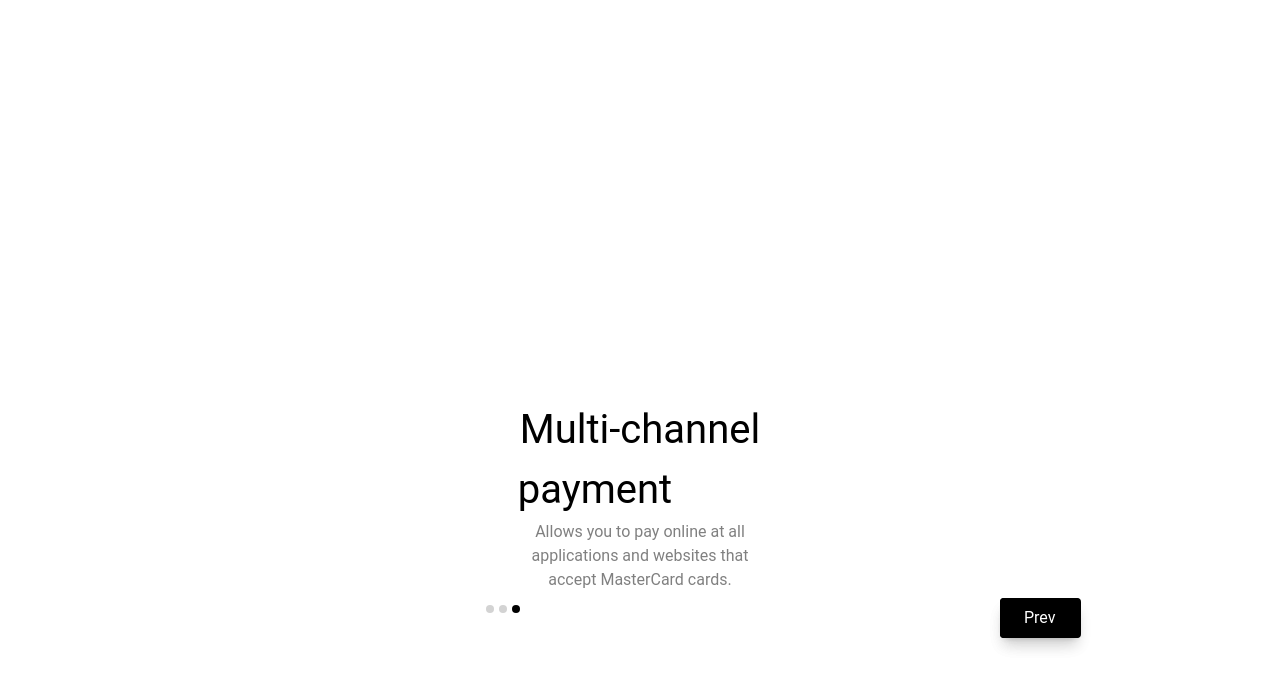
Repository: uh-sman/LottieApp
Page: /Card
These files come from the project's save history. The page is drawn as it stood at one moment and after the next save; the edit follows.
The browser window is 1280 px wide. The pictures show the whole page.
The project was rebuilt for these pictures with package versions that can differ from the ones it lists, and the page was loaded fresh each time. Also part of the build but not shown: src/App.css, src/components/Piggybank.js, src/components/Hero.js, src/components/Maincontainer.js.

Above is the page before, as saved 2022-09-11 18:43:05.

### src/App.js
import logo from "./logo.svg";
import "./App.css";
import { Routes, Route } from "react-router-dom";
import { Maincontainer } from "./components/Maincontainer";
import { Hero } from "./components/Hero";
import { Piggybank } from "./components/Piggybank";
import { Card } from "./components/Card";
function App() {
  return (
    <div className="App">
      <Routes>
        <Route path="/" element={<Hero />} />
        <Route path="Piggy" element={<Piggybank />} />
        <Route path="Card" element={<Card />} />
      </Routes>
    </div>
  );
}

export default App;

### src/components/Card.js
import React, { useEffect, useRef, useState } from "react";
import piggy from "../assets/piggybank.json";
import "./hero.style.css";
import Lottie from "react-lottie";
import { Link } from "react-router-dom";

export const Card = () => {
  const [state, setState] = useState(false);
  const defaultOptions = {
    loop: true,
    autoplay: true,
    animationData: piggy,
    rendererSettings: {
      preserveAspectRatio: "xMidYMid slice",
    },
  };
  return (
    <div className="fade-in">
      <div>
        <div className="lottie-container2">
          <Lottie options={defaultOptions} height={400} width={400} />
          {/* <button
          className="button"
          onClick={() => {
            setState(!state);
          }}
        >
          {state ? "Hide Animation" : "Show Animation"}
        </button> */}
          {/* {state && <Lottie options={defaultOptions} height={400} width={400} />} */}
        </div>
        <div className="channel">
          <h1>
            Multi-channel
            <br />
            <span className="left">payment</span>
          </h1>
          <div>
            <p className="text">
              Allows you to pay online at all <br /> applications and websites
              that
              <br />
              accept MasterCard cards.
            </p>
          </div>
        </div>
      </div>
      <div className="dot_container">
        <li className="cardround"></li>
        <li className="cardempty"></li>
        <li className="cardfull"></li>
        <Link
          className="absolute left-[1000px]  bg-black text-white py-2 px-6 rounded shadow-lg top-[83%]"
          to="/Piggybank"
        >
          Next
        </Link>
        <Link
          className="absolute left-[1000px]  bg-black text-white py-2 px-6 rounded shadow-lg top-[83%]"
          to="/Piggybank"
        >
          Prev
        </Link>
      </div>
    </div>
  );
};

### src/components/hero.style.css
* {
  margin: 0;
  padding: 0;
  box-sizing: border-box;
  font-family: Roboto;
  list-style: none;
  text-decoration: none;
  cursor: pointer;
}
/* .button {
  justify-content: center;
  margin: auto;
  align-items: center;
  display: flex;
  border-radius: 8px;
  color: rgba(128, 128, 128, 0.972);
  padding: 20px 34px;
  background-color: #44f0cc90;
} */
.lottie-container {
  position: relative;
  top: 50%;
  /* left: 50%; */
}
.channel {
  text-align: center;
  /* padding: 1rem; */
  font-size: 2.5rem;
}
.left {
  position: relative;
  left: -45px;
}
.text {
  position: relative;
  /* left: 160px; */
  font-size: medium;
  font-weight: 800px;
  text-align: center;
  color: gray;
  /* width: 30%; */
}
.carrousel {
  left: 20px;
}
.custom {
  position: absolute;
  right: 660px;
  top: 40rem;
  font-size: 20px;
}
.fade-in {
  animation: fadeIn 2s;
  opacity: 1;
}

@keyframes fadeIn {
  from {
    right: 200px;
    opacity: 0;
  }
  to {
    opacity: 1;
  }
}
.empty {
  position: absolute;
  left: 40%;
  top: 84%;
  background-color: lightgray;
  border-radius: 100%;
  height: 8px;
  width: 8px;
}
.full {
  position: absolute;
  left: 39%;
  top: 84%;
  background-color: lightgray;
  border-radius: 100%;
  height: 8px;
  width: 8px;
}
.round {
  position: absolute;
  left: 38%;
  top: 84%;
  background-color: black;
  border-radius: 100%;
  height: 8px;
  width: 8px;
}
.piggyempty {
  position: absolute;
  left: 40%;
  top: 84%;
  background-color: lightgray;
  border-radius: 100%;
  height: 8px;
  width: 8px;
}
.piggyfull {
  position: absolute;
  left: 39%;
  top: 84%;
  background-color: black;
  border-radius: 100%;
  height: 8px;
  width: 8px;
}
.piggyround {
  position: absolute;
  left: 38%;
  top: 84%;
  background-color: lightgray;
  border-radius: 100%;
  height: 8px;
  width: 8px;
}
.cardempty {
  position: absolute;
  left: 40%;
  top: 84%;
  background-color: black;
  border-radius: 100%;
  height: 8px;
  width: 8px;
}
.cardfull {
  position: absolute;
  left: 39%;
  top: 84%;
  background-color: lightgray;
  border-radius: 100%;
  height: 8px;
  width: 8px;
}
.cardround {
  position: absolute;
  left: 38%;
  top: 84%;
  background-color: lightgray;
  border-radius: 100%;
  height: 8px;
  width: 8px;
}
/* .dot_container {
  background: white;
  height: 100px;
  width: 300px;
} */

Loaded but not shown: public/index.html (common file); src/index.js (common file); src/index.css (common file); src/reportWebVitals.js (common file); tailwind.config.js (common file); src/assets/piggybank.json (1 lines, source omitted)

After the next save:
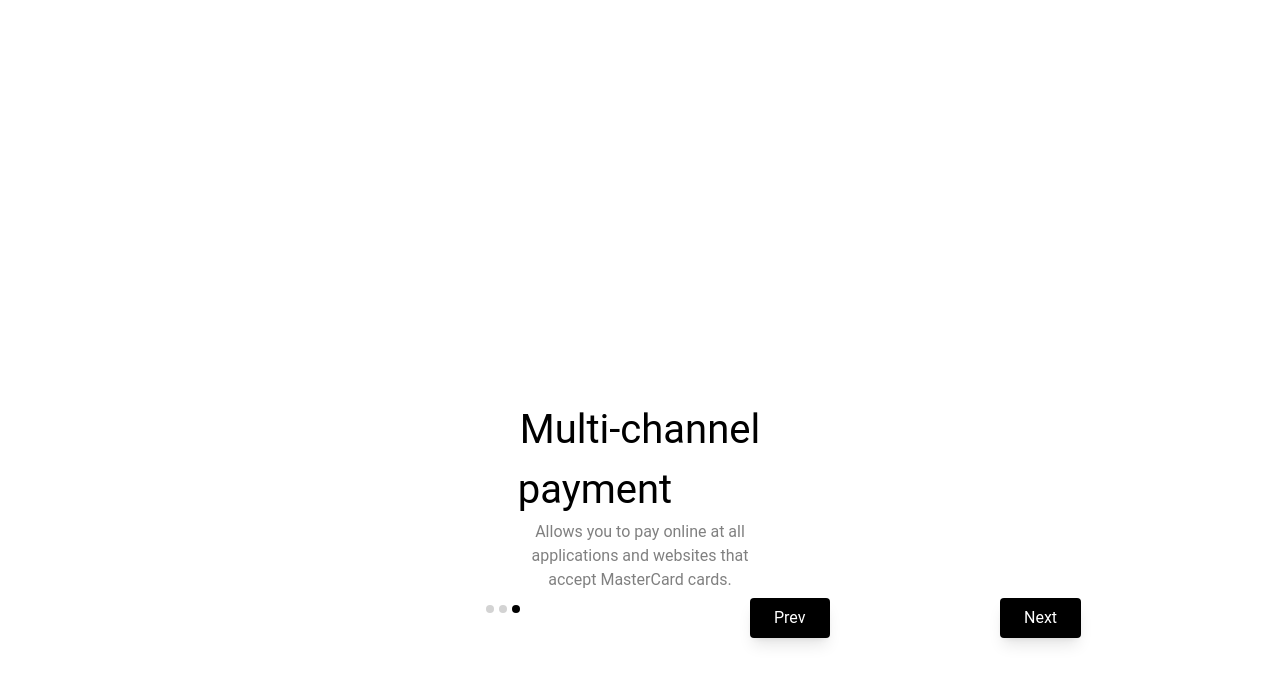
Saved 27 s later.
--- a/src/components/Card.js
+++ b/src/components/Card.js
@@ -56,7 +56,7 @@ export const Card = () => {
           Next
         </Link>
         <Link
-          className="absolute left-[1000px]  bg-black text-white py-2 px-6 rounded shadow-lg top-[83%]"
+          className="absolute left-[750px]  bg-black text-white py-2 px-6 rounded shadow-lg top-[83%]"
           to="/Piggybank"
         >
           Prev
